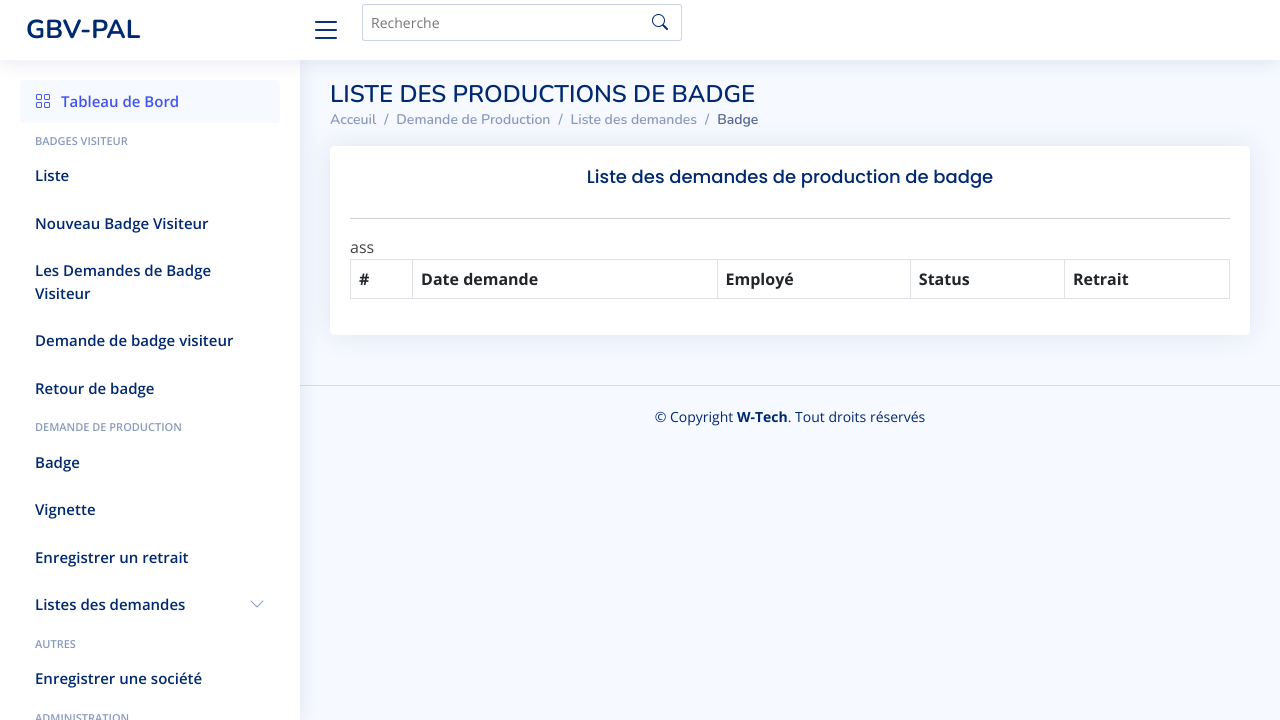
Repository: sh4dow28/gbv-pal-web
Page: http://localhost/productions/badge/requests
These files come from the project's save history. The page is drawn as it stood at one moment and after the next save; the edit follows.
The browser window is 1280 px wide. The pictures show the whole page.
The page is served by the project's Laravel application, run on PHP 8.4 with Laravel 9. Queries for data that is not in the repository find no rows.

Above is the page before, as saved 2023-02-12 17:47:17.
Console error: TypeError: $(...).DataTable is not a function

After the next save:
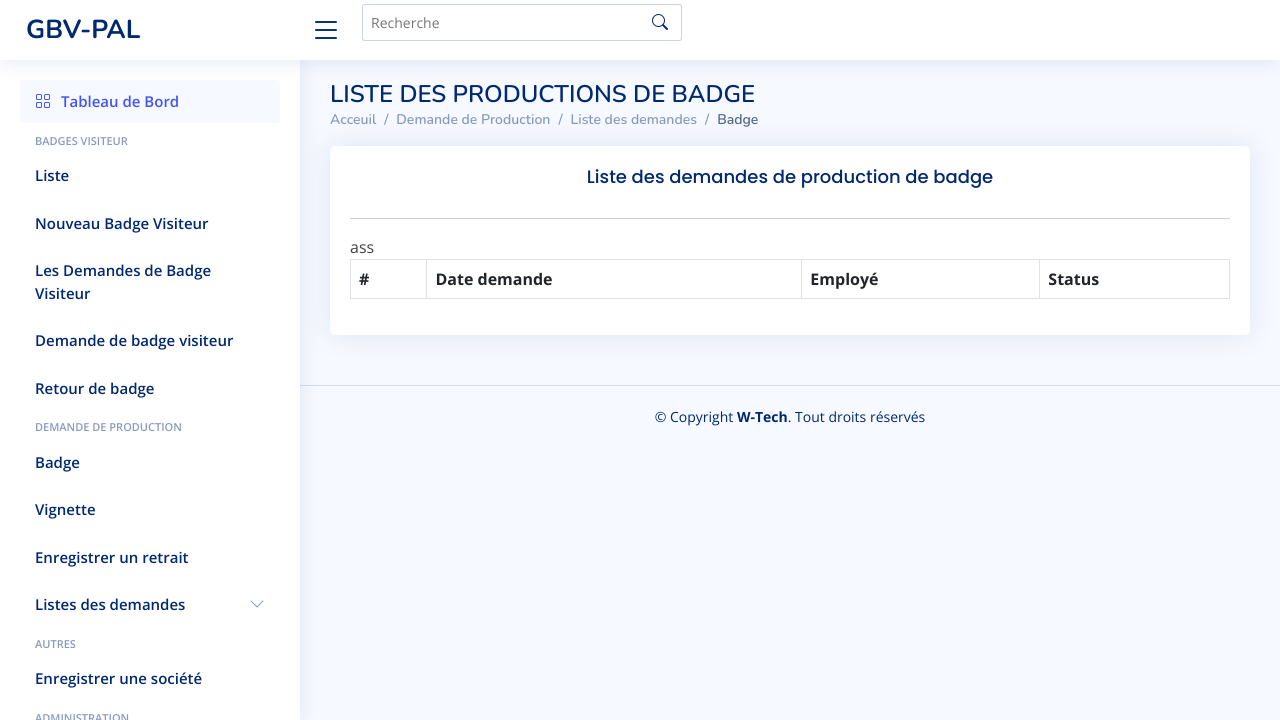
Saved 34 s later.
--- a/resources/views/pages/productions-badges.blade.php
+++ b/resources/views/pages/productions-badges.blade.php
@@ -57,46 +57,24 @@
                                         <th scope="col">Date demande</th>
                                         <th scope="col">Employé</th>
                                         <th scope="col">Status</th>
-                                        <th scope="col">Retrait</th>
                                     </tr>
                                 </thead>
                                 <tbody>
                                     @foreach ($data as $row)
-                                        @if ($row->typeProd == 'badge')
-                                            <tr>
-                                                <td scope="row">
-                                                    {{ $row->idProd }}
-                                                </td>
-                                                <th scope="row">
-                                                    {{ $carbon::parse($row->created_at)->format('d/m/Y') }}
-                                                </th>
-                                                <td scope="row">
-                                                    {{ $row->employe->nomEmp . ' ' . $row->employe->prenomEmp }}
-                                                </td>
-                                                <td scope="row">
-                                                    {{ $row->statProd }}
-                                                </td>
-                                                <td scope="row" class="">
-                                                    @if ($row->statProd != 'Terminé')
-                                                        <form action="" method="post" class="flex flex-row">
-                                                            @csrf
-                                                            <div class="row flex flex-col">
-                                                                <input type="text" class="form-control col-md-8"
-                                                                    name="noBadge" style="width: 50px;">
-                                                                <button type="submit" class="btn btn-success">
-                                                                    <i class="bi bi-check-circle"></i>
-                                                                </button>
-                                                            </div>
-                                                            <input type="text" name="idProd"
-                                                                value="{{ $row->statProd }}" hidden>
-
-                                                        </form>
-                                                    @else
-                                                        <i>Retiré</i>
-                                                    @endif
-                                                </td>
-                                            </tr>
-                                        @endif
+                                        <tr>
+                                            <td scope="row">
+                                                {{ $row->idProd }}
+                                            </td>
+                                            <th scope="row">
+                                                {{ $carbon::parse($row->created_at)->format('d/m/Y') }}
+                                            </th>
+                                            <td scope="row">
+                                                {{ $row->employe->nomEmp . ' ' . $row->employe->prenomEmp }}
+                                            </td>
+                                            <td scope="row">
+                                                {{ $row->statProd }}
+                                            </td>
+                                        </tr>
                                     @endforeach
                                 </tbody>
                             </table>
